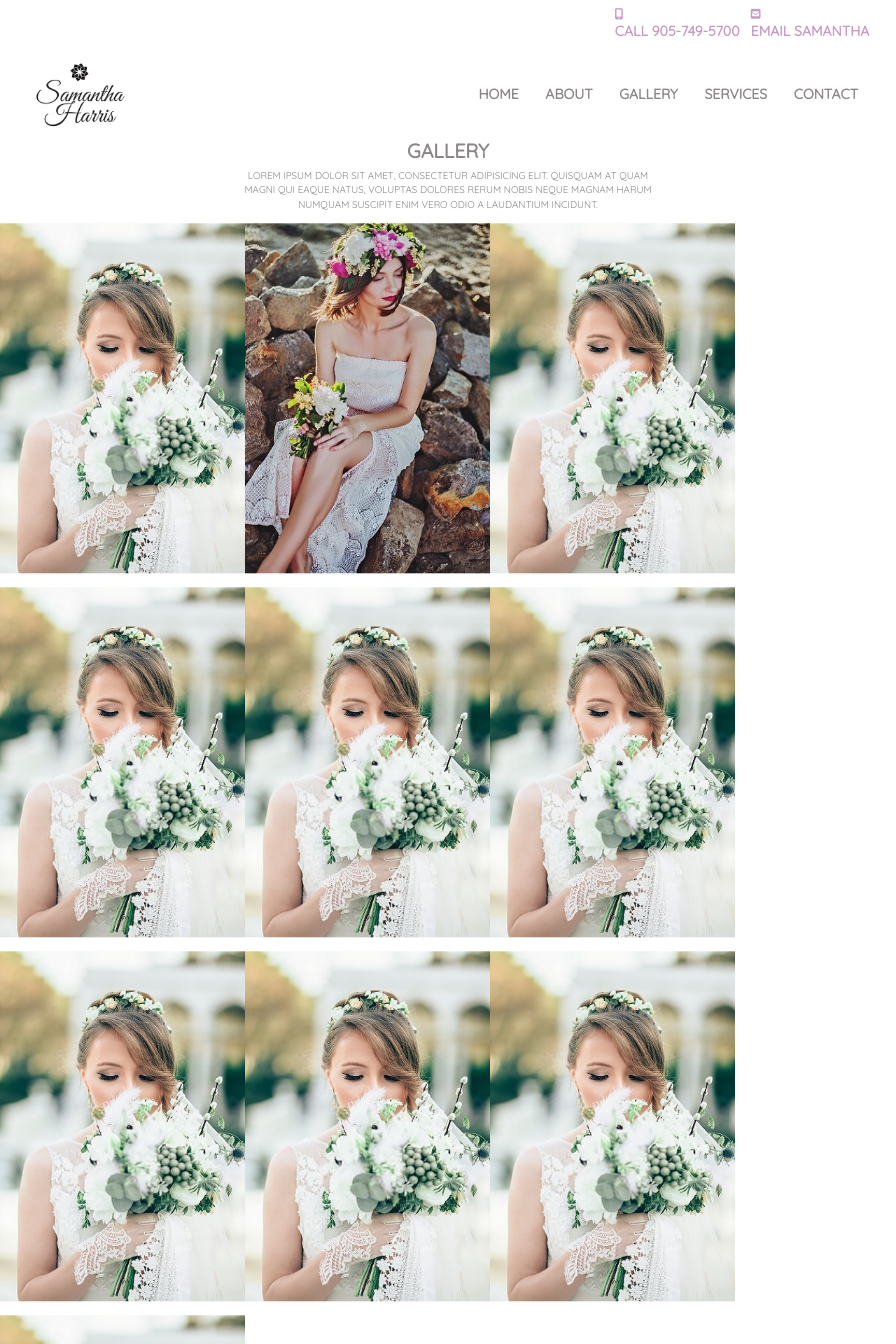
Repository: JayneyNix/milestone-1-UCFD
Page: gallery.html
The author's editor kept a record of every edit. The page is drawn from the files as they stood at one moment, then again after the next edit.
The browser window is 1280 px wide. The pictures show the part of the page from y = 0 to 1920 px (the page is 3004 px tall), at 70% of full size.
Some web libraries are served in a nearby version.

Above is the page before.

### gallery.html
<!DOCTYPE html>
<html lang="en">

<head>
    <meta charset="UTF-8">
    <meta name="viewport" content="width=device-width, initial-scale=1.0">
    <meta http-equiv="X-UA-Compatible" content="ie=edge">
    <title>Professional Make-up Artistry | Samantha Harris</title>
    <script src="https://code.jquery.com/jquery-3.3.1.slim.min.js" integrity="sha384-q8i/X+965DzO0rT7abK41JStQIAqVgRVzpbzo5smXKp4YfRvH+8abtTE1Pi6jizo" crossorigin="anonymous"></script>
    <link href="https://stackpath.bootstrapcdn.com/bootstrap/4.3.1/css/bootstrap.min.css" rel="stylesheet" integrity="sha384-ggOyR0iXCbMQv3Xipma34MD+dH/1fQ784/j6cY/iJTQUOhcWr7x9JvoRxT2MZw1T" crossorigin="anonymous" type="text/css">
    <link rel="stylesheet" href="https://cdnjs.cloudflare.com/ajax/libs/hover.css/2.3.1/css/hover-min.css" type="text/css">
    <link rel="stylesheet" href="https://fonts.googleapis.com/css?family=Quicksand">
    <script src="https://kit.fontawesome.com/26094534a3.js" crossorigin="anonymous"></script>
    <link rel="stylesheet" href="Assets/style.css" class="text/css">
</head>

<body>
    <!-----Navigation----->

    <div class="d-flex justify-content-end">
        <div class="d-flex contact-header flex-row-reverse align-items-center">
            <div class="p-2"><a class="email-header" href="mailto:bookings@samanthaharris.ca" target="-blank"><i class="fas fa-envelope-square" aria-hidden="true"></i><h5 class="headings uppercase">Email Samantha</h5></a></div>
            <div class="p-2"><a class="call-header" href="tel:905-749-5700"><i class="fas fa-mobile-alt" aria-hidden="true"></i><h5 class="headings uppercase">Call 905-749-5700</h5></a></div>

        </div>
    </div>



    <div class="container-fluid nav-container no-padding">
        <nav class="navbar navbar-light navbar-expand-sm">

            <a class="navbar-brand" href="index.html">
                <img src="Assets/logo.png" class="d-inline-block align-top"
      alt="samantha-harris-logo"/>
      </a>

            <button class="navbar-toggler ml-auto" type="button" data-toggle="collapse" data-target="#navbarNavDropdown" aria-controls="navbarNavDropdown" aria-expanded="false" aria-label="Toggle navigation">
          <span class="navbar-toggler-icon"></span>
      </button>
            <div class="collapse navbar-collapse" id="navbarNavDropdown">
                <ul class="navbar-nav navbar-default ml-auto">
                    <li class="nav-item">
                        <a class="nav-link active" href="index.html">Home</a>
                    </li>
                    <li class="nav-item">
                        <a class="nav-link active" href="about.html">About</a>
                    </li>
                    <li class="nav-item">
                        <a class="nav-link active" href="gallery.html">Gallery</a>
                    </li>
                    <li class="nav-item">
                        <a class="nav-link active" href="services.html">Services</a>
                    </li>
                    <li class="nav-item">
                        <a class="nav-link active" href="contact.html">Contact</a>
                    </li>
                </ul>
            </div>
        </nav>
    </div>


    <!-----Navigation----->


    <!--Introduction-->

    <div class="container-fluid no-padding">
        <div class="row">
            <div class="col-md-6 offset-3 home-main-intro">
                <h1 class="h1 headings">Gallery</h1>
                <p class="p headings">Lorem ipsum dolor sit amet, consectetur adipisicing elit. Quisquam at quam magni qui eaque natus, voluptas dolores rerum nobis neque magnam harum numquam suscipit enim vero odio a laudantium incidunt.</p>
            </div>
        </div>
    </div>

    <!--Introduction-->


    <!--Gallery Grid-->

    <div class="container-fluid">


        <div class="row">
            <div class="gallery-item">
                <img class="gallery-image" src="Assets/Bride-eyes-closed-with-flowers.jpg" alt="bride" />
            </div>
            <div class="gallery-item">
                <img class="gallery-image" src="Assets/bride-sitting-on-rocks.jpg" alt="bride" />
            </div>

            <div class="gallery-item">
                <img class="gallery-image" src="Assets/Bride-eyes-closed-with-flowers.jpg" alt="bride" />
            </div>
            <div class="gallery-item">
                <img class="gallery-image" src="Assets/Bride-eyes-closed-with-flowers.jpg" alt="bride" />
            </div>
            <div class="gallery-item">
                <img class="gallery-image" src="Assets/Bride-eyes-closed-with-flowers.jpg" alt="bride" />
            </div>

            <div class="gallery-item">
                <img class="gallery-image" src="Assets/Bride-eyes-closed-with-flowers.jpg" alt="bride" />
            </div>
            <div class="gallery-item">
                <img class="gallery-image" src="Assets/Bride-eyes-closed-with-flowers.jpg" alt="bride" />
            </div>
            <div class="gallery-item">
                <img class="gallery-image" src="Assets/Bride-eyes-closed-with-flowers.jpg" alt="bride" />
            </div>
            <div class="gallery-item">
                <img class="gallery-image" src="Assets/Bride-eyes-closed-with-flowers.jpg" alt="bride" />
            </div>

            <div class="gallery-item">
                <img class="gallery-image" src="Assets/Bride-eyes-closed-with-flowers.jpg" alt="bride" />
            </div>

        </div>

    </div>

    <!--Gallery Grid-->

    <!--Testimonials-->

    <div id="testimonial-carousel" class="carousel slide d-none d-md-block" data-ride="carousel">
        <div class="carousel-inner">
            <div class="carousel-item active">
                <img class="carousel-image d-block w-100" src="Assets/cosmetic-brushes.jpg" alt="Slide-One">
                <div class="carousel-caption d-none d-md-block height-auto">
                    <div class="box">
                        <h2 class="h2 headings carousel-heading align-items-center justify-content-center">What My Lovely Clients Said...</h5>
                            <p class="p headings carousel-text">Lorem ipsum dolor sit amet, consectetuer adipiscing elit, sed diam nonummy nibh euismod tincidunt ut laoreet dolore magna aliquam erat volutpat. Ut wisi enim ad minim veniam, quis nostrud exerci tation ullamcorper suscipit
                                lobortis nisl ut aliquip ex ea commodo consequat.
                            </p>
                    </div>
                </div>
            </div>

            <div class="carousel-item">
                <img class="carousel-image d-block w-100" src="Assets/cosmetic-brushes.jpg" alt="Slide-One">
                <div class="carousel-caption d-none d-md-block">
                    <div class="box">
                        <h2 class="h2 headings carousel-heading align-items-center justify-content-center">What My Lovely Clients Said...</h5>
                            <p class="p headings carousel-text">Lorem ipsum dolor sit amet, consectetuer adipiscing elit, sed diam nonummy nibh euismod tincidunt ut laoreet dolore magna aliquam erat volutpat. Ut wisi enim ad minim veniam, quis nostrud exerci tation ullamcorper suscipit
                                lobortis nisl ut aliquip ex ea commodo consequat.
                            </p>
                    </div>
                </div>
            </div>
            <div class="carousel-item">
                <img class="carousel-image d-block w-100" src="Assets/cosmetic-brushes.jpg" alt="Slide-One">
                <div class="carousel-caption d-none d-md-block">
                    <div class="box">
                        <h2 class="h2 headings carousel-heading align-items-center justify-content-center">What My Lovely Clients Said...</h5>
                            <p class="p headings carousel-text">Lorem ipsum dolor sit amet, consectetuer adipiscing elit, sed diam nonummy nibh euismod tincidunt ut laoreet dolore magna aliquam erat volutpat. Ut wisi enim ad minim veniam, quis nostrud exerci tation ullamcorper suscipit
                                lobortis nisl ut aliquip ex ea commodo consequat.
                            </p>
                    </div>
                </div>
            </div>
        </div>
    </div>

    <!--Testimonials-->


    <footer class="container-fluid footer-container no-padding">

        <div id="footer" class="row">
            <div class="col-md-12">
                <div class="action">
                    <btn class="footer-button">
                        <a href="contact.html" <h5 class="footer-items">BOOK NOW!</h5></a>
                    </btn>
                </div>

                <div class="col-md-12">
                    <div class="contact-methods">
                        <a class="send-email" href="mailto:bookings@samanthaharris.ca" target="-blank"><i class="fas fa-envelope-square" aria-hidden="true"></i>
                <h5 class ="headings uppercase">Email Samantha</h5></a>
                        <a class="call" href="tel:905-749-5700"><i class="fas fa-mobile-alt" aria-hidden="true"></i><h5 class="headings uppercase">905-749-5700</h5></a>
                    </div>
                </div>

                <div class="col-md-12">
                    <div class="social"></div>
                    <a class="insta" href="https://www.instagram.com" target="-blank"><i class="fab fa-instagram" aria-hidden="true"></i>
                    </a>
                    <a class="facebook" href="https://www.facebook.com" target="-blank"><i class="fab fa-facebook-square" aria-hidden="true"></i></a>
                </div>
            </div>

        </div>
        </div>

    </footer>


    <script src="https://stackpath.bootstrapcdn.com/bootstrap/4.3.1/js/bootstrap.min.js" integrity="sha384-JjSmVgyd0p3pXB1rRibZUAYoIIy6OrQ6VrjIEaFf/nJGzIxFDsf4x0xIM+B07jRM" crossorigin="anonymous"></script>
    <script src="https://cdnjs.cloudflare.com/ajax/libs/popper.js/1.14.7/umd/popper.min.js" integrity="sha384-UO2eT0CpHqdSJQ6hJty5KVphtPhzWj9WO1clHTMGa3JDZwrnQq4sF86dIHNDz0W1" crossorigin="anonymous"></script>
</body>

</html>

### Assets/style.css
/*Typography*/

.headings {

    font-family: Quicksand, sans-serif;
    text-transform: uppercase;
    font-weight: bold;
}


.h1 {
    font-size: 28px;
    color: #8a8689;
    font-weight: bold;
}

.h2 {
    font-size: 20px;
    font-weight: bold;
}

.h3 {
    font-size: 18px;
}

.h4 {
    font-size: 16px;
}

.h5 {
    font-size: 14px;
}

.p {
    font-size: 14px;
    color: #8a8689;
    font-weight: normal;
}

/*Typography*/

.nav-container {
    padding: 0;
    font-size: 0;
}

/*--Fixed Header--*/

.d-flex .contact-header {
    padding-right: 30px;
}

/*@media (max-width: 575px) {*/

/*   .d-flex .contact-header { */

/*   display: none;*/

/*   }*/

/*}*/

.p-2 .email-header {
    color: #c99bc4;
    text-decoration: none;
}

.p-2 .call-header {
    color: #c99bc4;
    text-decoration: none;
}

.p-2 .email-header:hover {
    color: #8a8689;
}

.p-2 .call-header:hover {
    color: #8a8689;
}


/*--Navigation--*/

.navbar {
    background-color: #fff;

}

.navbar-brand {
    padding-left: 30px;
    background-size: cover;
    width: 200;
    height: 200;

}

.navbar-nav {
    padding-right: 30px;
}

.nav-item {
    word-spacing: 50;
}

.nav-link {

    font-family: "Quicksand", sans-serif;
    font-size: 20px;
    font-weight: bold;
    text-decoration: none;
    text-transform: uppercase;
    color: #8a8689!important;
    vertical-align: middle;
    padding-left: 30px!important;
}

.nav-link:hover {
    color: #c99bc4!important;
    transform: scale(1.25);
    transition: ease-in-out;
    transition-duration: 0.3s;
}

/*.nav-item .a .nav-link .active .nav-item .a .nav-link .active:hover,*/

/*.nav-item .a .nav-link .active:focus {*/

/*    color: #c99bc4;*/

/*    background-color: transparent;*/

/*}*/

@media (max-width: 768px) {
    #navbarNavDropdown {
        text-align: center;
    }
}

.navbar-toggler .navbar-toggler-icon {
    border: 0;
    font-weight: bold;
    color: #c99bc4;
}

/*--Navigation--*/

/*--Footer*/

.container-fluid .footer-container {
    display: inline-block;
    font-size: 0;
}

#footer {
    background-color: #d9dbda;
    text-align: center;
    padding-top: 30px;
    padding-bottom: 30px;

}


.footer-button {
    position: relative;
    display: inline-block;
    font-family: "Quicksand", sans-serif;
    font-size: 20px;
    font-weight: bolder;
    text-transform: uppercase;
    vertical-align: middle;
    border: 3px solid #c99bc4;
    border-radius: 10px;
    padding: 10px;
    text-align: center;
    background-color: #c99bc4;
}

.footer-button .contact-link {
    text-decoration: none;
}

.footer-button .a .h2 {
    vertical-align: middle;
}

.send-email {

    color: #8a8689;
    text-decoration: none;
}

.footer-items {
    color: #8a8689;
    font-weight: bold;
}

.footer-items:hover {
    color: #8a8689;
    transform: scale(1.1);
    transition: ease-in-out;
    transition-duration: 0.4s;

}

.send-email:hover {
    color: #c99bc4;
    text-decoration: none;
}


.call {

    color: #8a8689;
    text-decoration: none;
}

.call:hover {
    color: #c99bc4;
    text-decoration: none;
}

.send-email>i {
    color: #c99bc4;
    padding: 5px;
    font-size: 20px;
    padding-top: 10px;
}

.send-email>i:hover {
    color: #8a8689;
    padding: 5px;
    font-size: 20px;
}


.call>i {
    color: #c99bc4;
    padding: 10px;
    font-size: 20px;
}

.call>i:hover {
    color: #8a8689;
    padding: 10px;
    font-size: 20px;
}


.insta {

    color: #c99bc4;
    font-size: 20px;
}

.facebook {

    color: #c99bc4;
    font-size: 20px;
}


.insta:hover {
    color: #8a8689;
    text-decoration: none;
}

.facebook:hover {
    color: #8a8689;
    text-decoration: none;
}


/*--Footer*/

/*--Homepage Section 1 - Banner & Intro*/

.home-main-banner {
    padding: 0;
    font-size: 0;
    margin: 0;
    padding-bottom: 20px;
}

@media (max-width: 576px) {
    .home-main-banner {
        display: none;
    }
}

.home-main-intro {
    width: 100%;
    text-align: center;
}

/*--Homepage Section 1 - Banner & Intro*/

/*--Homepage Section 2 - About*/

/*--Homepage Section 2 - About*/

/*--Homepage Section 3 - Testimonials*/

#testimonial-carousel {
    padding: 0;
    font-size: 0;
    margin-bottom: 20px;
    height: 300px;
}

.carousel-image {
    height: 300px;
    opacity: 0.8;
}


.carousel-caption {
    position: absolute;
    left: 50%;
    top: 40%;
    transform: translate(-50%, -50%);
    overflow: hidden;
    width: 80%;
}

.carousel-heading {
    color: #8a8689;
    font-style: italic;
    font-weight: bolder;
}

.carousel-text {
    font-style: italic;
    font-weight: bolder;
}

.box {
    border: 0px transparent;
    border-radius:50%;
    background-color: #fffafa;
    opacity: 0.8;
    padding: 20px;
}



/*--Homepage Section 3 - Testiomonials*/



/*--Homepage Section 2 - Gallery*/

.gallery-item .gallery-image {
  display: block;
  max-width: 100%;
  padding-bottom: 20px;
}

/*--Homepage Section 2 - Gallery*/

After the next edit:
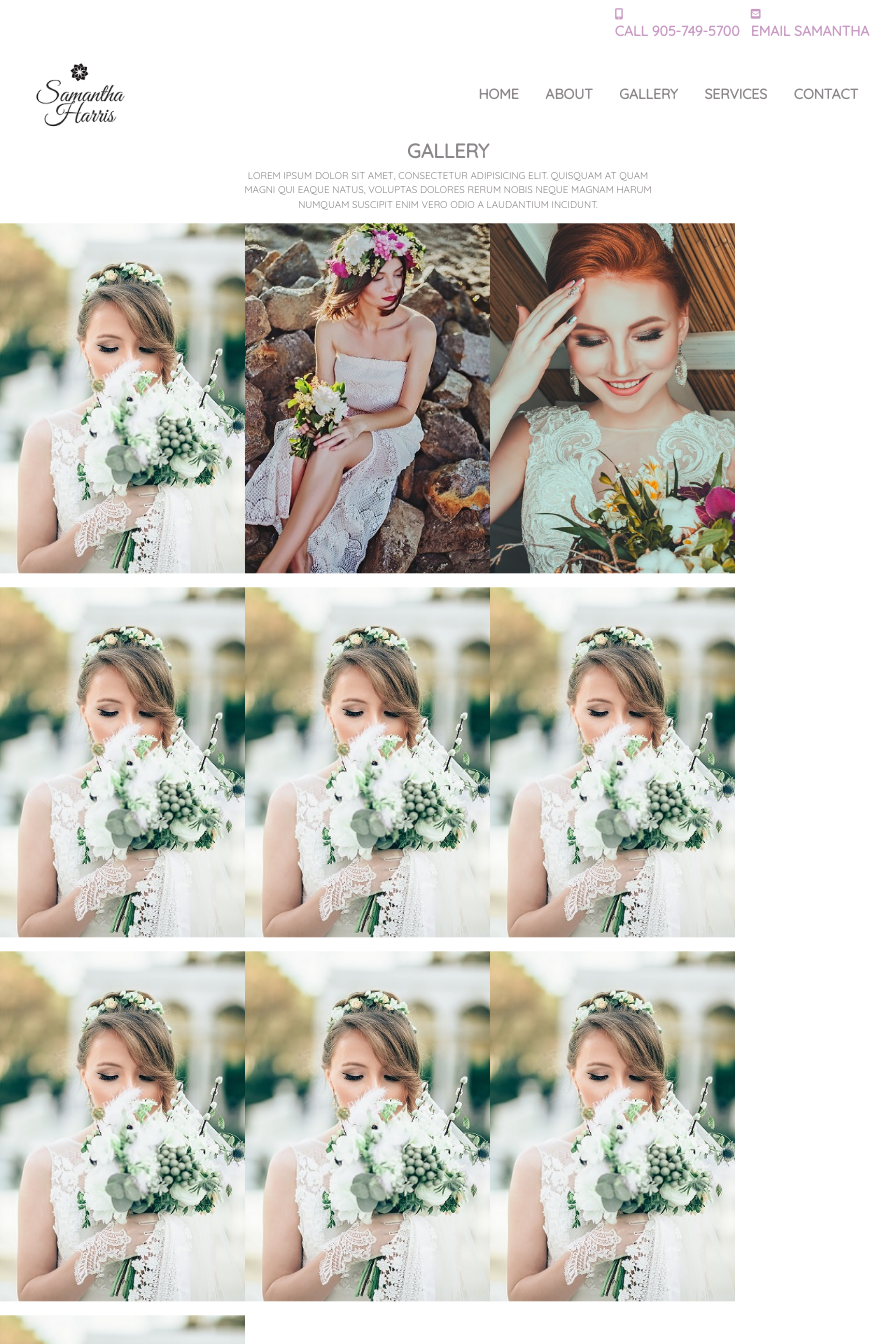
The edit:
--- a/gallery.html
+++ b/gallery.html
@@ -92,7 +92,7 @@
             </div>
 
             <div class="gallery-item">
-                <img class="gallery-image" src="Assets/Bride-eyes-closed-with-flowers.jpg" alt="bride" />
+                <img class="gallery-image" src="Assets/smiling-bride-touching-forehead.jpg" alt="bride" />
             </div>
             <div class="gallery-item">
                 <img class="gallery-image" src="Assets/Bride-eyes-closed-with-flowers.jpg" alt="bride" />
